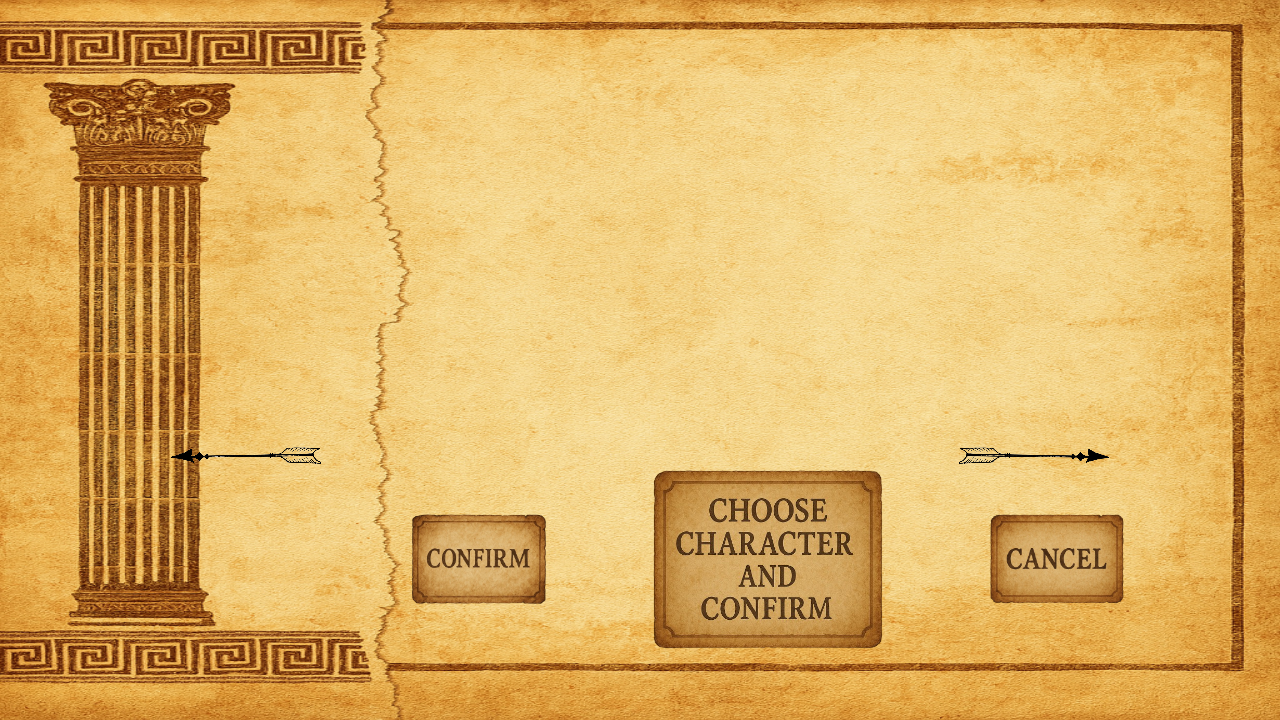
Repository: brianabariteau/Web-1-Final-Project-2025
Page: features/character-selection/character-selection.html
An editor plug-in stored every save of this project. The page is shown before and after the next save, followed by the edit.
The browser window is 1280 px wide. The pictures show the whole page.
The page's requests for data from a server got no answer.

Above is the page before, as saved 2025-12-21 23:30:59.

### features/character-selection/character-selection.html
<!DOCTYPE html>
<html lang="en">
  <head>
    <meta charset="UTF-8" />
    <meta name="viewport" content="width=device-width, initial-scale=1.0" />
    <title>Player Selection</title>
    <link
      rel="icon"
      type="image/x-icon"
      href="../../assets/characters/zeus.png"
    />
    <link rel="stylesheet" href="./character-selection.css" />
    <script type="module" src="./character-selection.js" defer></script>
    <script
      src="https://code.jquery.com/jquery-3.7.1.min.js"
      integrity="sha256-/JqT3SQfawRcv/BIHPThkBvs0OEvtFFmqPF/lYI/Cxo="
      crossorigin="anonymous"
    ></script>
  </head>
  <body></body>
</html>

### features/character-selection/character-selection.css
/* -- General Page Layout -- */

body {
  margin: 0;
  padding: 0;
  width: 100vw;
  height: 100vh;
  overflow: hidden;

  display: flex;
  justify-content: center;
  align-items: center;

  position: relative;
  font-family: "Press Start 2P", monospace;
}

/* Full-screen background */
.background {
  position: absolute;
  inset: 0;
  width: 100%;
  height: 100%;
  z-index: -1;
}

/* -- Character Selector Grid [avatar1/2/3] -- */

.character-row {
  /*display: flex;
  justify-content: center;
  align-items: center;
  gap: 1rem;

  position: absolute;
  top: 10%;
  width: 100%;*/
  display: flex;
  justify-content: center;
  align-items: center;
  gap: 1rem;
  width: 100%;
  position: relative; /* not absolute */
}

/* All avatar boxes */
.avatar1,
.avatar2,
.avatar3 {
  /*width: 340px;
  height: 450px;*/
  width: min(28vw, 370px); /* 28% of viewport width, max 340px */
  height: min(28vw, 440px);

  background: transparent;
  border: none;
  padding: 0;

  position: relative;
  cursor: pointer;
  transition: transform 120ms ease;
}

.avatar1:hover,
.avatar2:hover,
.avatar3:hover {
  transform: scale(1.05);
}

/* The decorative box asset */
.background-boxes {
  position: absolute;
  inset: 0;
  width: 100%;
  height: 100%;
  object-fit: fill;
  z-index: 0;
  pointer-events: none;
}

/* If later you put the character image inside an avatar */
.player-avatar {
  position: relative;
  z-index: 1;
  width: 140px;
  height: auto;
  image-rendering: pixelated;
}

/* Info inside the avatar (optional) */
.player-info {
  position: relative;
  z-index: 2;
  color: brown;
  text-shadow: 2px 2px #000;
  font-size: 14px;
  text-align: left;
  margin-left: 10px;
}

/* ───────────── SCROLL ARROWS ABOVE TEXT BOX ───────────── */

.scroll-arrows {
  width: min(200vw, 950px); /* narrower than full screen */
  margin: 0 auto;
  display: flex;
  justify-content: space-between; /* left arrow on left, right arrow on right */
  align-items: center;

  padding: 0 5vw; /* adjusts how far arrows sit from edges */
  position: relative;
  z-index: 15;
  gap: 8rem;
}

.left-arrow,
.right-arrow {
  background: transparent;
  border: none;
  cursor: pointer;
  transition: transform 120ms ease;
}

.left-arrow:hover,
.right-arrow:hover {
  transform: scale(1.1);
}

.arrowImg {
  width: min(12vw, 150px);
  /*width: 150px;  adjust size */
  height: auto;
  image-rendering: pixelated;
  pointer-events: none;
}

.switch-characters {
  display: flex;
  flex-direction: column;
  align-items: center;
  gap: 1rem; /* space between avatars and arrows */

  width: min(90vw, 1200px);
  position: absolute;
  top: 10%;
  width: 100%;
}

/* Every stat becomes a tooltip target */
.stat {
  position: relative;
  cursor: help;
}

/* Tooltip bubble */
.stat:hover::after {
  content: attr(data-info);
  position: absolute;
  left: 50%;
  bottom: 120%;
  transform: translateX(-50%);

  width: max-content;
  max-width: 220px;

  background: rgba(0, 0, 0, 0.9);
  color: white;
  padding: 8px 10px;
  border-radius: 6px;
  font-size: 10px;
  line-height: 1.2;
  text-shadow: none;

  pointer-events: none;
  z-index: 999;
}

/* Tooltip arrow */
.stat:hover::before {
  content: "";
  position: absolute;
  left: 50%;
  bottom: 110%;
  transform: translateX(-50%);

  border-width: 6px;
  border-style: solid;
  border-color: rgba(0, 0, 0, 0.9) transparent transparent transparent;

  z-index: 998;
}

/* ───────────── TEXT BOX (your .box image) ───────────── */

.bottom-panel {
  position: absolute;
  /*bottom: -3%;  how far from bottom of screen */
  bottom: 4%;
  left: 60%;
  /*transform: translateX(-30%);  center horizontally */
  transform: translateX(-50%);

  width: min(70vw, 900px);
  /*width: 40%;  adjust width as needed */
  /*max-width: 900px; */

  display: grid;
  grid-template-columns: 1fr auto 1fr; /* left | center | right */
  align-items: center;
  justify-items: center;
  margin: 0;

  z-index: 10;
}

.box {
  width: min(260px, 40vw);
  /*width: 200px;  adjust to your liking */
  height: auto;
  pointer-events: none;
  margin: 0 auto;
}

/* ───────────── CONFIRM + CANCEL BUTTONS ───────────── */

.button-left,
.button-right {
  display: flex;
  justify-content: center;
  align-items: center;
}

.buttons {
  display: flex;
  gap: 0rem; /* spacing between confirm/cancel */
  position: relative; /* NOT absolute */
  z-index: 10;
}

.confirm,
.cancel {
  background: transparent;
  border: none;
  cursor: pointer;
  transition: transform 120ms ease;
}

.confirm:hover,
.cancel:hover {
  transform: scale(1.05);
}

/* Position them near bottom-right like your drawing */
.cancel {
  right: 10%;
}

.buttonImg {
  width: 150px;
  height: auto;
}

/* ───────────── CHARACTERS ───────────── */
.character {
  position: relative;
  z-index: 10; /* ensures text appears above the background box */
  color: rgb(133, 74, 18);
  justify-items: center;
  text-align: center;
  display: flex;
  object-fit: contain;
  /*padding: 12px 20px;*/
  padding-top: 50px;
  width: 100%;
  height: 100%;
  font-family: "Press Start 2P", monospace; /* matches your game font */
  text-shadow: 2px 2px 0px #ffffff; /* retro look */
}

.inner-character {
  width: 100%; /* smaller than full box so borders show */
  height: 70%; /* keep some space top/bottom */
  padding: 0.4rem; /* small internal padding */
  box-sizing: border-box;

  display: flex;
  flex-direction: column;
  align-items: center;
  justify-content: flex-start;
  gap: 0.1rem; /* tiny gaps between lines */

  overflow-y: auto; /* <-- important: scroll if too tall */
  scrollbar-width: none;
  -ms-overflow-style: none;
}
.character-inner::-webkit-scrollbar {
  display: none;
}

.character-inner h3 {
  margin: 0 0 4px 0;
  font-size: clamp(12px, 1.3vw, 16px);
}

.character-inner p {
  margin: 1px 0;
  font-size: clamp(10px, 1.1vw, 13px);
  line-height: 1.1;
}

/* Smaller sprite so it doesn't eat all vertical space */
.character-inner .character-img {
  width: 90px;
  height: auto;
  margin-bottom: 6px;
}

.character h3 {
  margin: 0 0 10px 0;
  /*font-size: 18px;*/
  font-size: clamp(14px, 1.6vw, 18px);
  letter-spacing: 1px;
}

.character p,
.powers-list {
  font-size: clamp(12px, 1.3vw, 14px);
}

.character p {
  margin: 3px 0;
  /*font-size: 14px;*/
  line-height: 1.2;
}

.powers-list {
  margin: 4px 0 0 16px;
  padding: 0;
  list-style-type: none;
  /*font-size: 14px;*/
}

.character-img {
  display: block;
  margin: 0 auto 10px auto; /* center horizontally + space underneath */
  width: 120px; /* adjust size */
  height: auto;
  image-rendering: pixelated;
  z-index: 5;
  pointer-events: none;
  background: transparent;
}

@media (max-width: 900px) {
  .character-row {
    flex-direction: column;
    top: 4%;
    gap: 0.5rem;
  }

  .avatar1,
  .avatar2,
  .avatar3 {
    width: 80vw;
  }
}

@media (max-width: 900px) {
  .bottom-panel {
    bottom: 2%;
    width: 90vw;
    grid-template-columns: auto;
    row-gap: 0.5rem;
  }

  .buttonImg {
    width: 120px;
  }
}

@media (max-width: 600px) {
  .arrowImg {
    width: 80px;
  }

  .scroll-arrows {
    gap: 1.5rem;
    bottom: 30%;
  }
}

### features/character-selection/character-selection.js
"use strict";

import { fetchCharacters } from "../../services/character-api.js";
import { sortCharacters } from "../../utils/character-sorters.js";
let singlePlayer = localStorage.getItem("single player");
let multiPlayer = localStorage.getItem("multiplayer");

let characters = [];
let currentIndex = 0;

// * Player selection stuff
let selectedPlayer = null;

// * The Background Image
const background = $("<img>")
  .addClass("background")
  .attr("src", "./assets/parchment-background.png")
  .attr("alt", "Background");

// * Characters
function renderCharacters(character) {
  let powersList = "";

  if (Array.isArray(character.powers) && character.powers.length > 0) {
    for (const power of character.powers) {
      powersList += `<li>${power}</li>`;
    }
  } else {
    powersList = `<li>No Powers</li>`;
  }

  return `
    <div class="character">
      <div class="inner-character">
        <img class="character-img" src="${character.imgSrc}" alt="${character.name}"/>
        <h3 class="stat" data-info="${character.tier} - ${character.tierName}">${character.name}</h3>
        <p>HP: ${character.stats.hp}</p>
        <p>Attack: ${character.stats.attack}</p>
        <p>Defense: ${character.stats.defense}</p>
        <p>Speed: ${character.stats.speed}</p>
        <p>Power: ${character.stats.power}</p>
        <p>Resilience: ${character.stats.resilience}</p>
        <p>Stamina: ${character.stats.stamina}</p>
        <p class="stat" data-info="${character.stats.masteryDesc}">Domain Mastery: ${character.stats.domainMastery}</p>
        <p class="stat" data-info="${character.stats.traitDesc}">Special Trait: ${character.stats.specialTrait}</p>
      </div>
    </div>
  `;
}

// * All Characters
const characterRow = $("<div>").addClass("character-row");

// * Arrows + Avatars Div
const switchCharacters = $("<div>").addClass("switch-characters");

// * Avatar 1
const avatar1 = $("<button>").addClass("avatar1");
const avatar1BackgroundBox = $("<img>")
  .addClass("background-boxes")
  .attr("src", "./assets/parchment-box.png")
  .attr("alt", "Background Boxes");

$(avatar1).on("click", () => {
  const first = characters[currentIndex];
  selectCharacter(avatar1, first);
});

// * Avatar 2
const avatar2 = $("<button>").addClass("avatar2");
const avatar2BackgroundBox = $("<img>")
  .addClass("background-boxes")
  .attr("src", "./assets/parchment-box.png")
  .attr("alt", "Background Boxes");

$(avatar2).on("click", () => {
  const second = characters[(currentIndex + 1) % characters.length];
  selectCharacter(avatar2, second);
});

// * Avatar 3
const avatar3 = $("<button>").addClass("avatar3");
const avatar3BackgroundBox = $("<img>")
  .addClass("background-boxes")
  .attr("src", "./assets/parchment-box.png")
  .attr("alt", "Background Boxes");

$(avatar3).on("click", () => {
  const third = characters[(currentIndex + 2) % characters.length];
  selectCharacter(avatar3, third);
});

$(characterRow).append(avatar1, avatar2, avatar3);

function updateAvatarsDisplay() {
  if (!Array.isArray(characters) || characters.length === 0) return;

  const second = characters[(currentIndex + 1) % characters.length];
  const first = characters[currentIndex];
  const third = characters[(currentIndex + 2) % characters.length];

  $(avatar1).html(renderCharacters(first));
  $(avatar2).html(renderCharacters(second));
  $(avatar3).html(renderCharacters(third));

  $(avatar1).append(avatar1BackgroundBox.clone());
  $(avatar2).append(avatar2BackgroundBox.clone());
  $(avatar3).append(avatar3BackgroundBox.clone());
}

async function loadCharacters() {
  characters = await fetchCharacters();
  characters = sortCharacters(characters);
  currentIndex = 0;
  updateAvatarsDisplay();
}

function selectCharacter(avatarElement, character) {
  $(".avatar1, .avatar2, .avatar3").css("box-shadow", "none");
  $(avatarElement).css("box-shadow", "0px 5px 5px rgba(0, 0, 0, 0.6)");
  selectedPlayer = character;
}

// * Text Box + Buttons
const bottomPanel = $("<div>").addClass("bottom-panel");

// * Text Box Image
const textBox = $("<img>")
  .addClass("box")
  .attr("src", "./assets/choose-character-text.png")
  .attr("alt", "Text Box");

// * Buttons
const leftButton = $("<div>").addClass("left-button");
const rightButton = $("<div>").addClass("right-button");

// * Confirm Button
const confirmButton = $("<button>").addClass("confirm");
const confirmImg = $("<img>")
  .addClass("buttonImg")
  .attr("src", "./assets/parchment-confirm-button.png")
  .attr("alt", "Confirm Button Image");

$(confirmButton).append(confirmImg);
$(confirmButton).on("click", () => {
  if (!selectedPlayer) {
    alert("Please select a character first!");
    return;
  }

  localStorage.setItem("selectedCharacter", JSON.stringify(selectedPlayer));

  window.location.href = "../main-menu/main-menu.html";
});

// * Cancel Button
const cancelButton = $("<button>").addClass("cancel");
const cancelImg = $("<img>")
  .addClass("buttonImg")
  .attr("src", "./assets/parchment-cancel-button.png")
  .attr("alt", "Cancel Button Image");

$(cancelButton).append(cancelImg);
$(cancelButton).on("click", () => {
  if (selectedPlayer === null) {
    window.location.href = "../main-menu/index.html";
  }

  selectedPlayer = null;
  $(avatar1).css("box-shadow", "none");
  $(avatar2).css("box-shadow", "none");
  $(avatar3).css("box-shadow", "none");
});

$(leftButton).append(confirmButton);
$(rightButton).append(cancelButton);
$(bottomPanel).append(leftButton, textBox, rightButton);

// * Scroll Arrows
const scrollArrows = $("<div>").addClass("scroll-arrows");

// * Left Arrow
const leftArrow = $("<button>").addClass("left-arrow");
const leftArrowImg = $("<img>")
  .addClass("arrowImg")
  .attr("src", "./assets/left-arrow.png")
  .attr("alt", "Left Arrow");

$(leftArrow).on("click", () => {
  currentIndex = (currentIndex - 1 + characters.length) % characters.length;
  selectedPlayer = null;
  $(avatar1).css("box-shadow", "none");
  $(avatar2).css("box-shadow", "none");
  $(avatar3).css("box-shadow", "none");
  updateAvatarsDisplay();
});

// * Right Arrow
const rightArrow = $("<button>").addClass("right-arrow");
const rightArrowImg = $("<img>")
  .addClass("arrowImg")
  .attr("src", "./assets/right-arrow.png")
  .attr("alt", "Right Arrow");

$(rightArrow).on("click", () => {
  currentIndex = (currentIndex + 1) % characters.length;
  selectedPlayer = null;
  $(avatar1).css("box-shadow", "none");
  $(avatar2).css("box-shadow", "none");
  $(avatar3).css("box-shadow", "none");
  updateAvatarsDisplay();
});

$(leftArrow).append(leftArrowImg);
$(rightArrow).append(rightArrowImg);
$(scrollArrows).append(leftArrow, rightArrow);

$(switchCharacters).append(characterRow, scrollArrows);

$("body").append(background, switchCharacters, bottomPanel);

loadCharacters();

### utils/character-sorters.js
"use strict";
export function sortCharacters(characters) {
  return characters.sort((characterA, characterB) => {
    const scoreA =
      characterA.stats.attack * 2 +
      characterA.stats.power * 2 +
      characterA.stats.defense +
      characterA.stats.hp +
      characterA.stats.speed;

    const scoreB =
      characterB.stats.attack * 2 +
      characterB.stats.power * 2 +
      characterB.stats.defense +
      characterB.stats.hp +
      characterB.stats.speed;

    return scoreB - scoreA;
  });
}

Loaded but not shown: services/character-api.js (396 lines, source omitted)

After the next save:
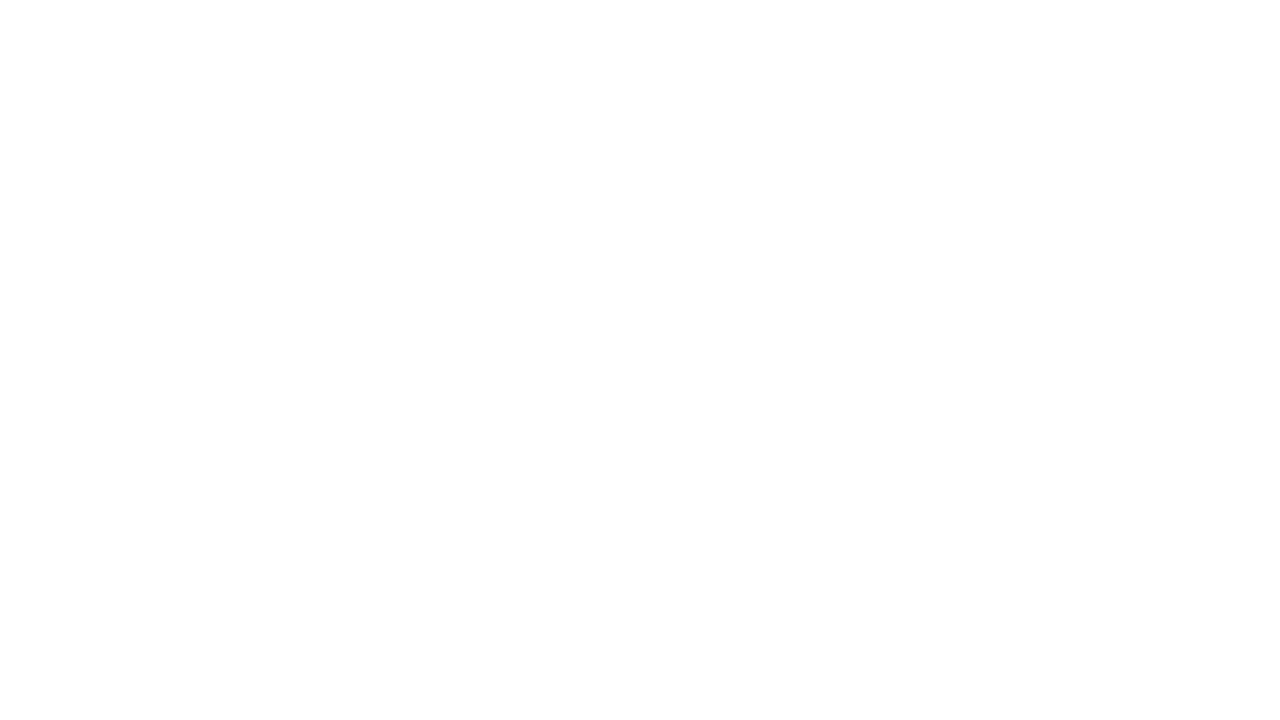
Console error: ReferenceError: textBox is not defined
Saved 4 min 45 s later.
--- a/features/character-selection/character-selection.js
+++ b/features/character-selection/character-selection.js
@@ -124,11 +124,12 @@
 // * Text Box + Buttons
 const bottomPanel = $("<div>").addClass("bottom-panel");
 
+/*
 // * Text Box Image
 const textBox = $("<img>")
   .addClass("box")
   .attr("src", "./assets/choose-character-text.png")
-  .attr("alt", "Text Box");
+  .attr("alt", "Text Box"); */
 
 // * Buttons
 const leftButton = $("<div>").addClass("left-button");

After the save that followed:
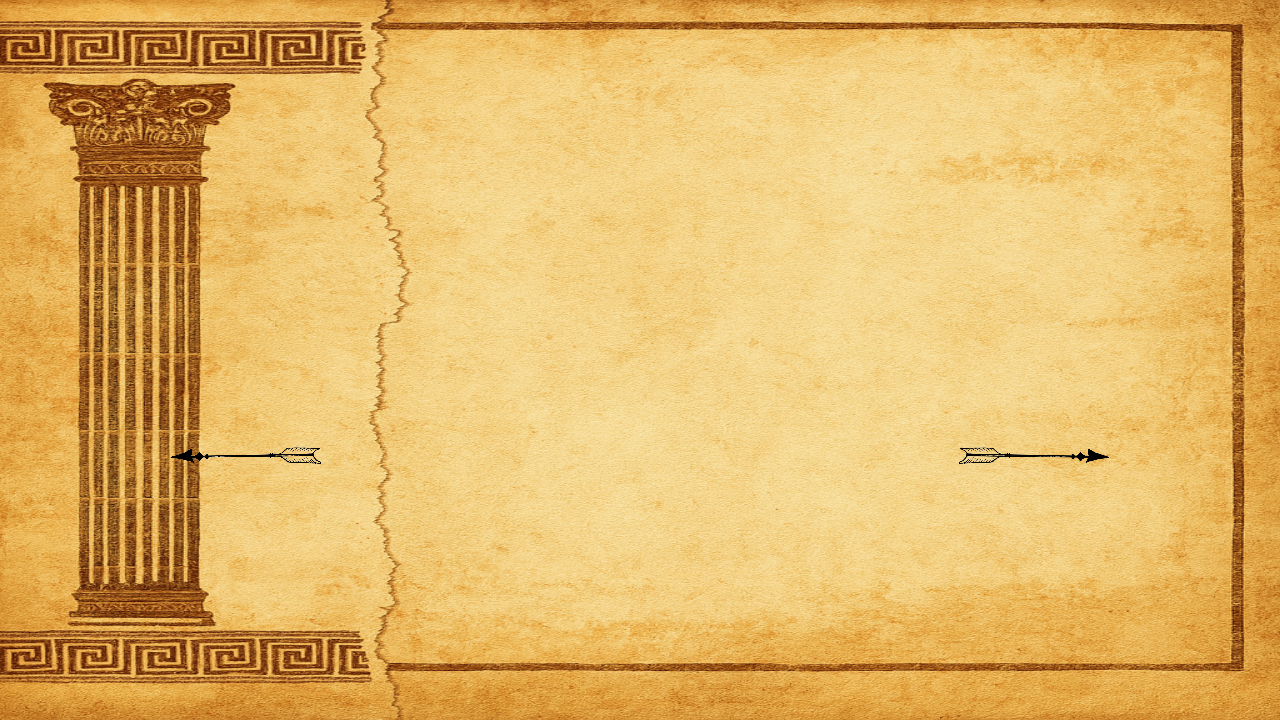
The error is gone.
Saved 85 s later.
--- a/features/character-selection/character-selection.js
+++ b/features/character-selection/character-selection.js
@@ -130,6 +130,7 @@
   .addClass("box")
   .attr("src", "./assets/choose-character-text.png")
   .attr("alt", "Text Box"); */
+const textBox = $("<p>").addClass("box");
 
 // * Buttons
 const leftButton = $("<div>").addClass("left-button");
@@ -137,12 +138,12 @@
 
 // * Confirm Button
 const confirmButton = $("<button>").addClass("confirm");
-const confirmImg = $("<img>")
+/*const confirmImg = $("<img>")
   .addClass("buttonImg")
   .attr("src", "./assets/parchment-confirm-button.png")
   .attr("alt", "Confirm Button Image");
 
-$(confirmButton).append(confirmImg);
+$(confirmButton).append(confirmImg); */
 $(confirmButton).on("click", () => {
   if (!selectedPlayer) {
     alert("Please select a character first!");
@@ -156,12 +157,12 @@
 
 // * Cancel Button
 const cancelButton = $("<button>").addClass("cancel");
-const cancelImg = $("<img>")
+/*const cancelImg = $("<img>")
   .addClass("buttonImg")
   .attr("src", "./assets/parchment-cancel-button.png")
   .attr("alt", "Cancel Button Image");
 
-$(cancelButton).append(cancelImg);
+$(cancelButton).append(cancelImg); */
 $(cancelButton).on("click", () => {
   if (selectedPlayer === null) {
     window.location.href = "../main-menu/index.html";
